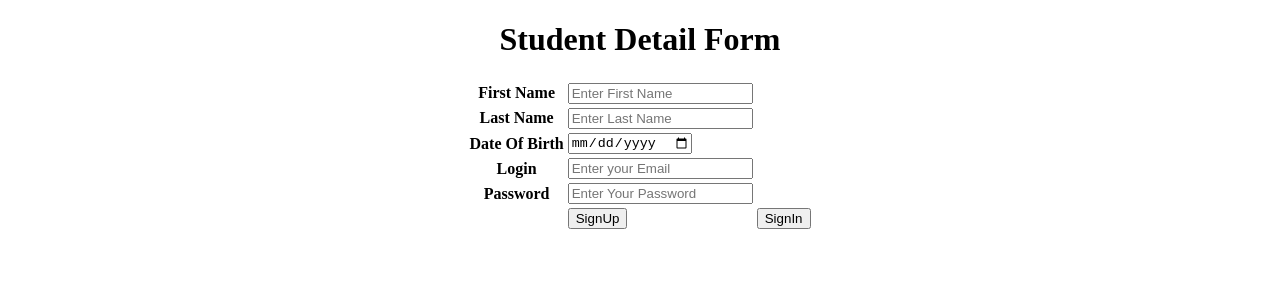
Repository: Abhi070717/Advance-Java
Page: http://localhost/jsp-servlet/UserForm.jsp
An editor plug-in stored every save of this project. The page is shown before and after the next save, followed by the edit.
The browser window is 1280 px wide. The pictures show the whole page.
The page is served by Tomcat 9.

Above is the page before, as saved 2026-01-21 11:58:21.

After the next save:
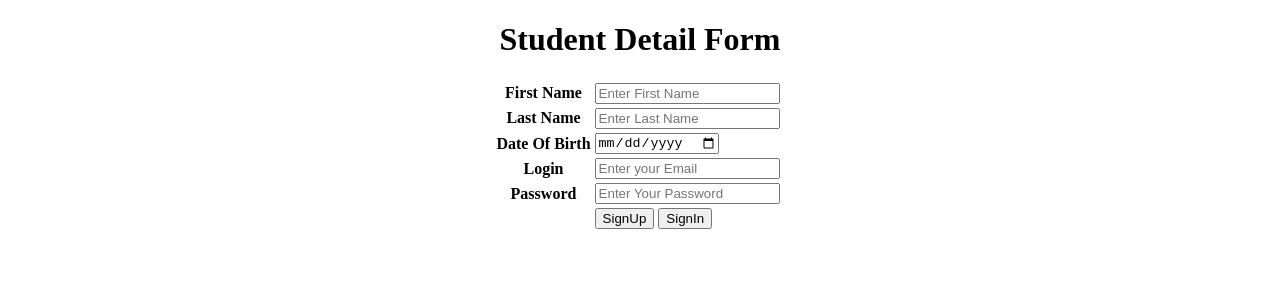
Saved 91 s later.
--- a/Jsp-servlet/jsp-servlet/WebContent/UserForm.jsp
+++ b/Jsp-servlet/jsp-servlet/WebContent/UserForm.jsp
@@ -39,8 +39,8 @@
 				</tr>
 				<tr>
 				<th></th>
-					<td><input type="Submit" name="operation" value="SignUp"> </td>
-					<td><input type="Submit" name="operation" value="SignIn"></td>
+					<td><input type="Submit" name="operation" value="SignUp"> <input type="Submit" name="operation" value="SignIn"></td>
+					<td></td>
 				</tr>
 			</table>
 
